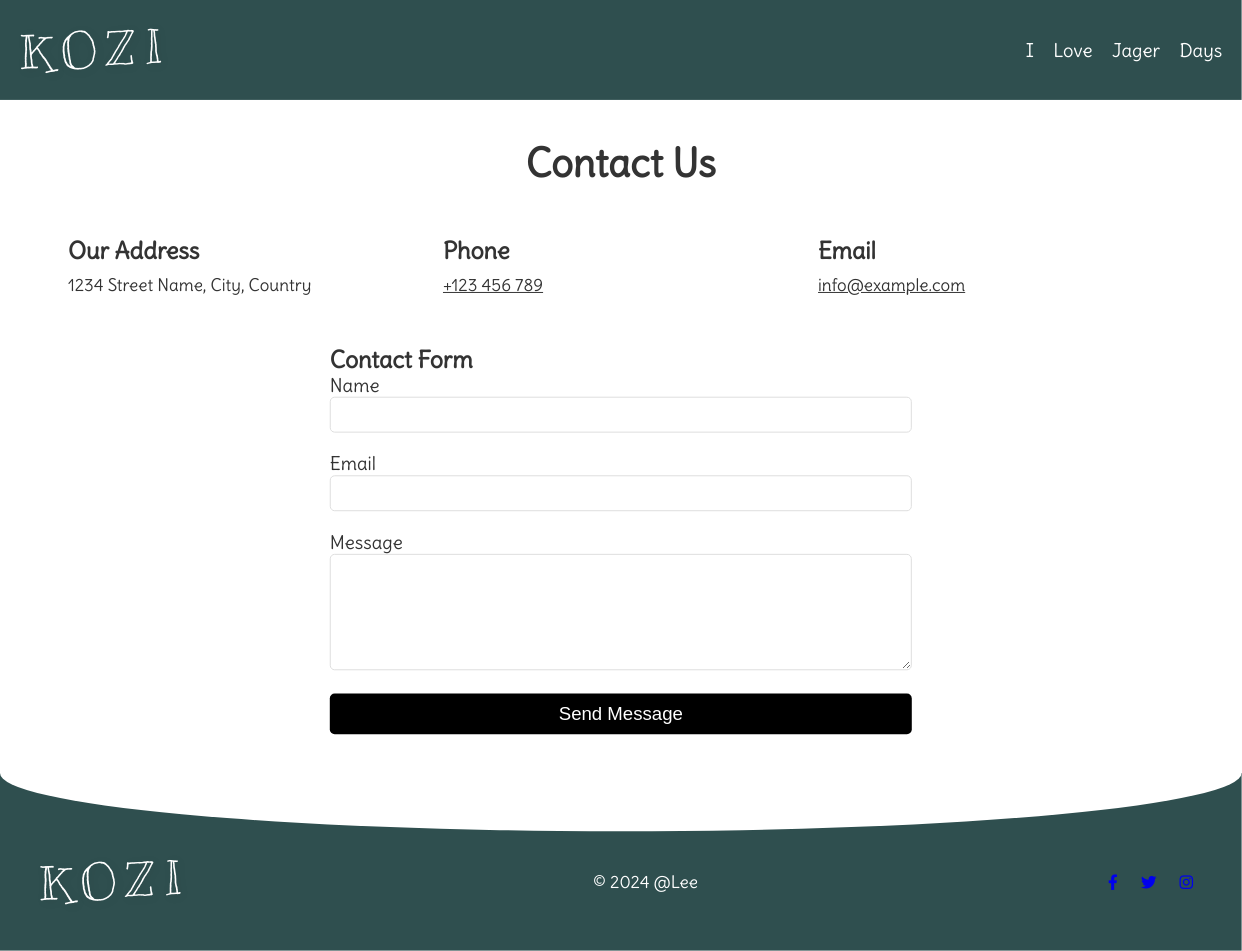
Repository: leerichie/kozi
Page: index.html
The author's editor kept a copy of each file at every save. The page is drawn from the files as they stood at one save, then again after the next save.
The browser window is 1280 px wide. The pictures show the whole page, at 97% of full size.

Above is the page before, as saved 2024-10-24 19:46:56.

After the next save:
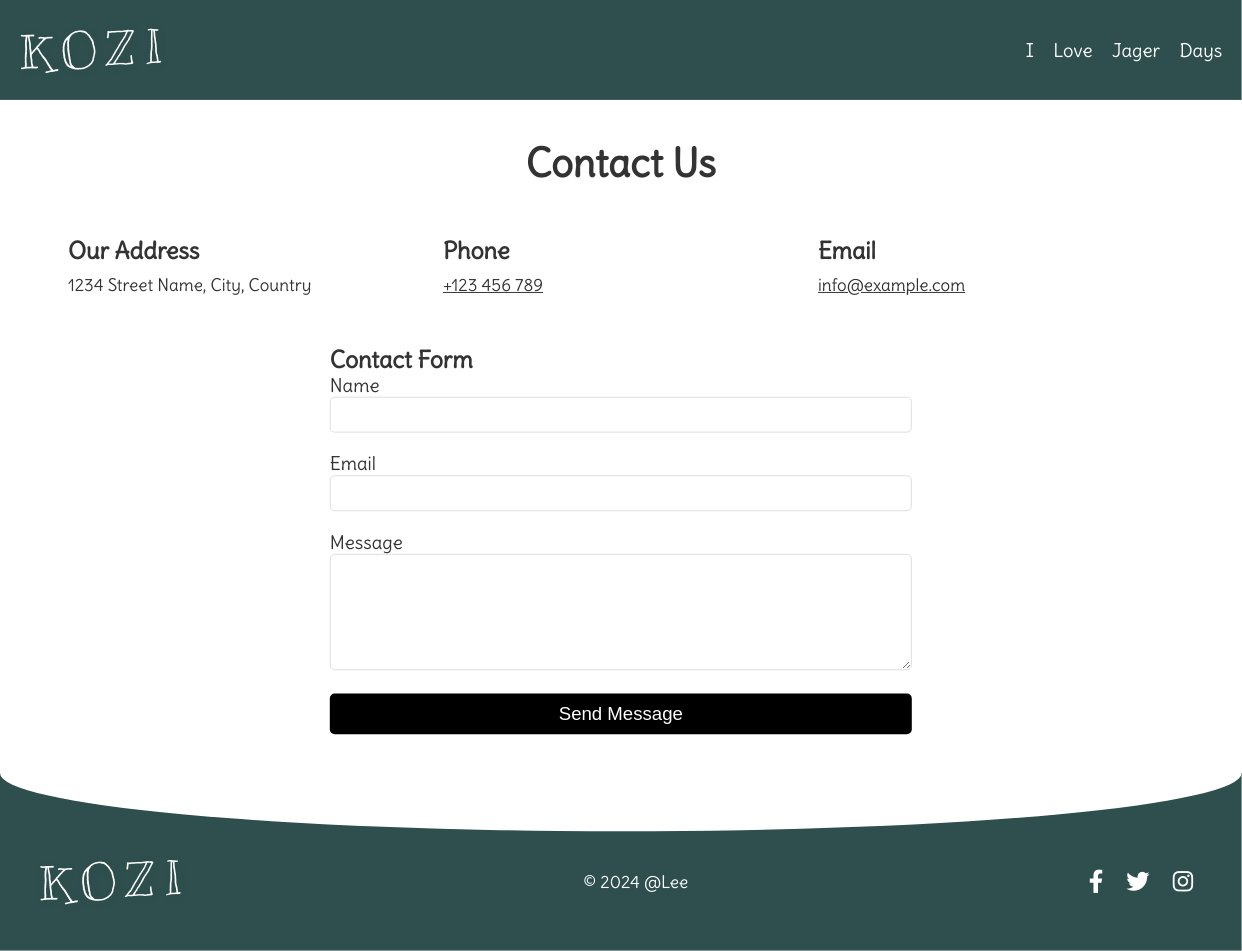
Saved 51 s later.
--- a/css/styles.css
+++ b/css/styles.css
@@ -287,6 +287,13 @@ textarea {
 
 .footer-social a {
   margin: 0 10px;
+  color: white;
+  font-size: 1.5rem;
+  transition: color 0.3s ease;
+}
+
+.footer-social a:hover {
+  color: #f4a261; /* Hover effect */
 }
 
 .footer-social img {
